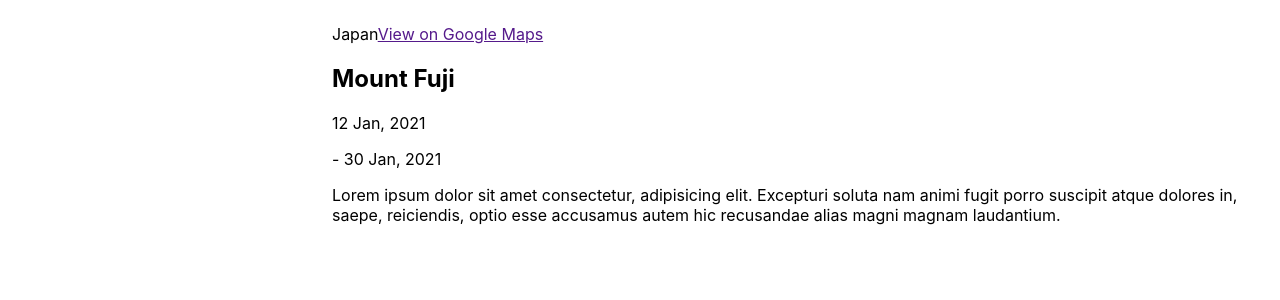
Repository: BuduCE/travel-journal
Page: /
These files come from the project's save history. The page is drawn as it stood at one moment and after the next save; the edit follows.
The browser window is 1280 px wide. The pictures show the whole page.
The project was rebuilt for these pictures with package versions that can differ from the ones it lists, and the page was loaded fresh each time. Also part of the build but not shown: src/components/Home/styles.css, src/components/Home/index.jsx.

Above is the page before, as saved 2022-08-25 11:27:02.

After the next save:
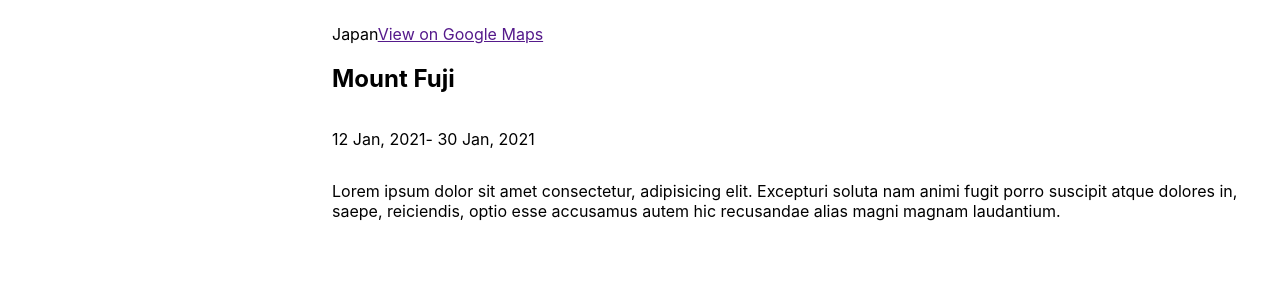
Saved 11 s later.
--- a/src/components/Tour/styles.css
+++ b/src/components/Tour/styles.css
@@ -4,3 +4,6 @@
     padding: 24px;
 
 }
+.tour-data{
+    display: flex;
+}
